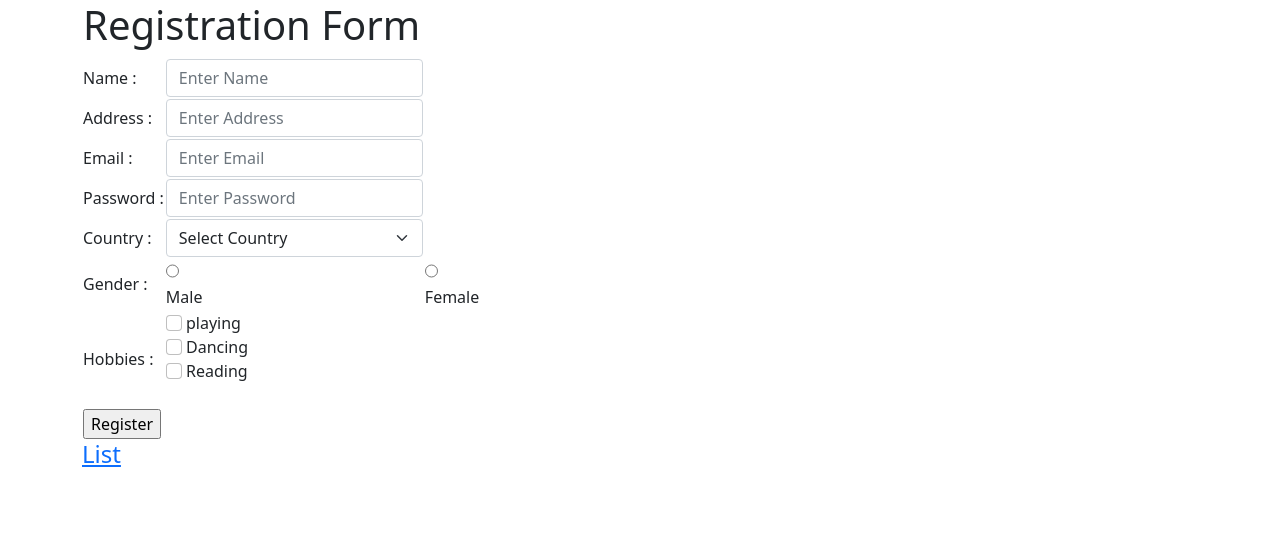
Repository: testuser85495/Java-Practical
Page: http://localhost/First_demo/
These files come from the project's save history. The page is drawn as it stood at one moment and after the next save; the edit follows.
The browser window is 1280 px wide. The pictures show the whole page.
The page is served by Tomcat 9. Other server files are loaded and not shown.

Above is the page before, as saved 2024-07-23 13:27:51.

### First_demo/src/main/webapp/index.jsp
<%@ page language="java" contentType="text/html; charset=UTF-8"
	pageEncoding="UTF-8"%>
<!DOCTYPE html>
<html>
<head>
    <!-- Required meta tags -->
    <meta charset="utf-8">
    <meta name="viewport" content="width=device-width, initial-scale=1">

    <!-- Bootstrap CSS -->
    <link href="https://cdn.jsdelivr.net/npm/bootstrap@5.0.2/dist/css/bootstrap.min.css" rel="stylesheet" integrity="sha384-EVSTQN3/azprG1Anm3QDgpJLIm9Nao0Yz1ztcQTwFspd3yD65VohhpuuCOmLASjC" crossorigin="anonymous">

    <title>Edit</title>
  </head>


<body>
	<div class="container">
		<%-- <h3 class="scriptlet">
			<%
			String msg = (String) request.getAttribute("msg");
			if (msg != null) {
				out.print(msg);
			}
			%>
		</h3> --%>

		<form action="UserController" method="post">
			<table cellspacing="15" class="tbl_reg">
				<tr>
					<td colspan="2">
						<h1>Registration Form</h1>
					</td>
				</tr>
				<tr>
					<td><label>Name : </label></td>
					<td><input type="text" name="name" placeholder="Enter Name" class="form-control"
						required="required"></td>
				</tr>

				<tr>
					<td><label>Address : </label></td>
					<td><input type="text" name="address"
						placeholder="Enter Address" required="required" class="form-control"></td>
				</tr>


				<tr>
					<td><label>Email : </label></td>
					<td><input type="email" name="email" placeholder="Enter Email"
						required="required" class="form-control"></td>
				</tr>
				<tr>
					<td><label>Password : </label></td>
					<td><input type="password" name="password"
						placeholder="Enter Password" required="required" class="form-control"></td>
				</tr>

				<tr>
					<td><label>Country : </label></td>
					<td><select name="country" id="Country" class="form-select">
					        <option selected>Select Country</option>
							<option value="India">India</option>
							<option value="USA">USA</option>
							<option value="Canada">Canada</option>
							<option value="UK">UK</option>
					</select></td>
				</tr>

				<tr>
					<td><label>Gender : </label></td>
					<td><input type="radio" name="gender" value="male" class="form-check">Male<br></td>
						<td> <input type="radio" name="gender" value="female" class="form-check">
						Female<br></td>
				</tr>


				<tr>
					<td><label>Hobbies : </label></td>


					<td><input type="checkbox" name="hobbie" value="playing" class="form-check-input">
					<label for="Hobbies"> playing</label>
					<br>
					<input type="checkbox" name="hobbie" value="Dancing" class="form-check-input">
					<label for="Hobbies"> Dancing</label>
					<br>
					<input type="checkbox" name="hobbie" value="Reading" class="form-check-input">
					<label for="Hobbies"> Reading</label>
					<br>
					<br></td>


				</tr>

				<tr>
					<td colspan="2"><input type="Submit" name="action"
						value="Register" class="reg_submit" id="reg_submit" /></td>
				</tr>
			</table>
			<h4><a href="home.jsp">List</a></h4>
		</form>
	</div>
</body>
</html>

After the next save:
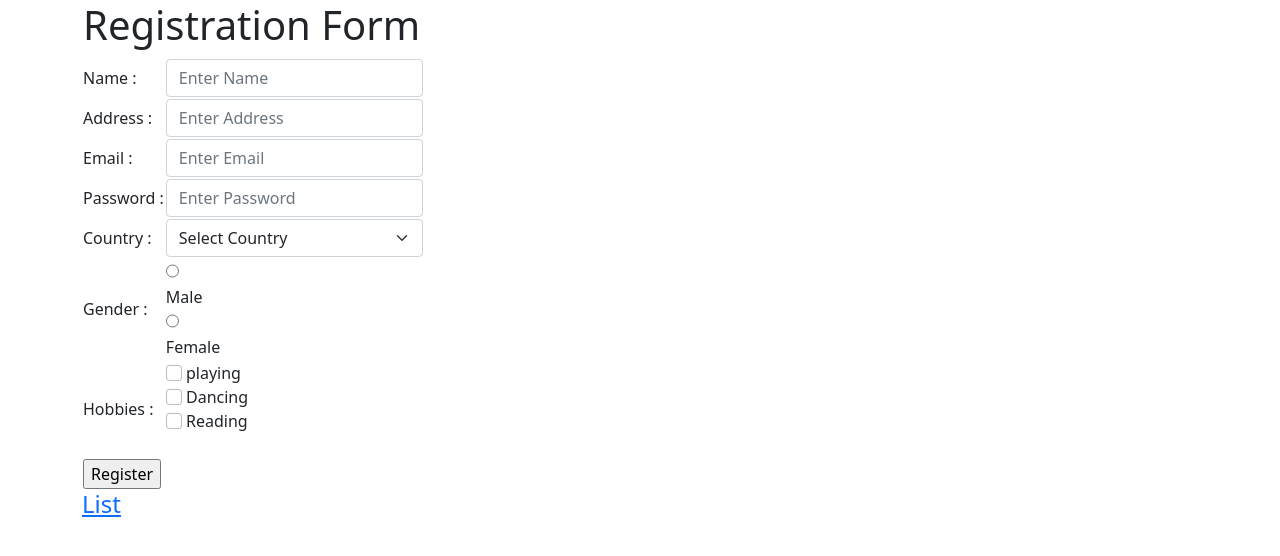
Saved 10 s later.
--- a/First_demo/src/main/webapp/index.jsp
+++ b/First_demo/src/main/webapp/index.jsp
@@ -69,8 +69,8 @@
 
 				<tr>
 					<td><label>Gender : </label></td>
-					<td><input type="radio" name="gender" value="male" class="form-check">Male<br></td>
-						<td> <input type="radio" name="gender" value="female" class="form-check">
+					<td><input type="radio" name="gender" value="male" class="form-check">
+						Male<br> <input type="radio" name="gender" value="female" class="form-check">
 						Female<br></td>
 				</tr>
 
